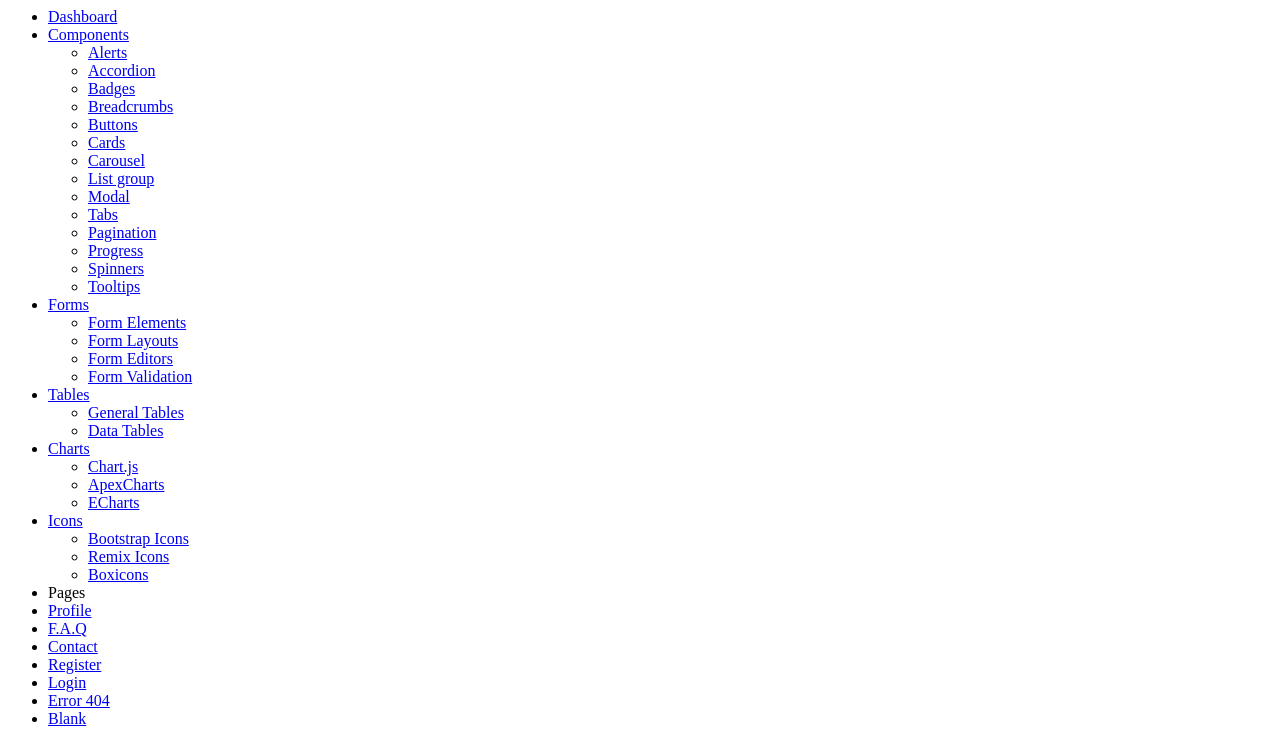
Repository: hatsnake/spring_ever
Page: http://localhost/ever/WEB-INF/views/fragment/sidebar.jsp
An editor plug-in stored every save of this project. The page is shown before and after the next save, followed by the edit.
The browser window is 1280 px wide. The pictures show the whole page.
The page is served by Tomcat 9. Nobody is signed in. The template is opened directly, without the code that normally fills it, so the values that code supplies are empty.

Above is the page before, as saved 2022-01-31 06:07:17.

After the next save:
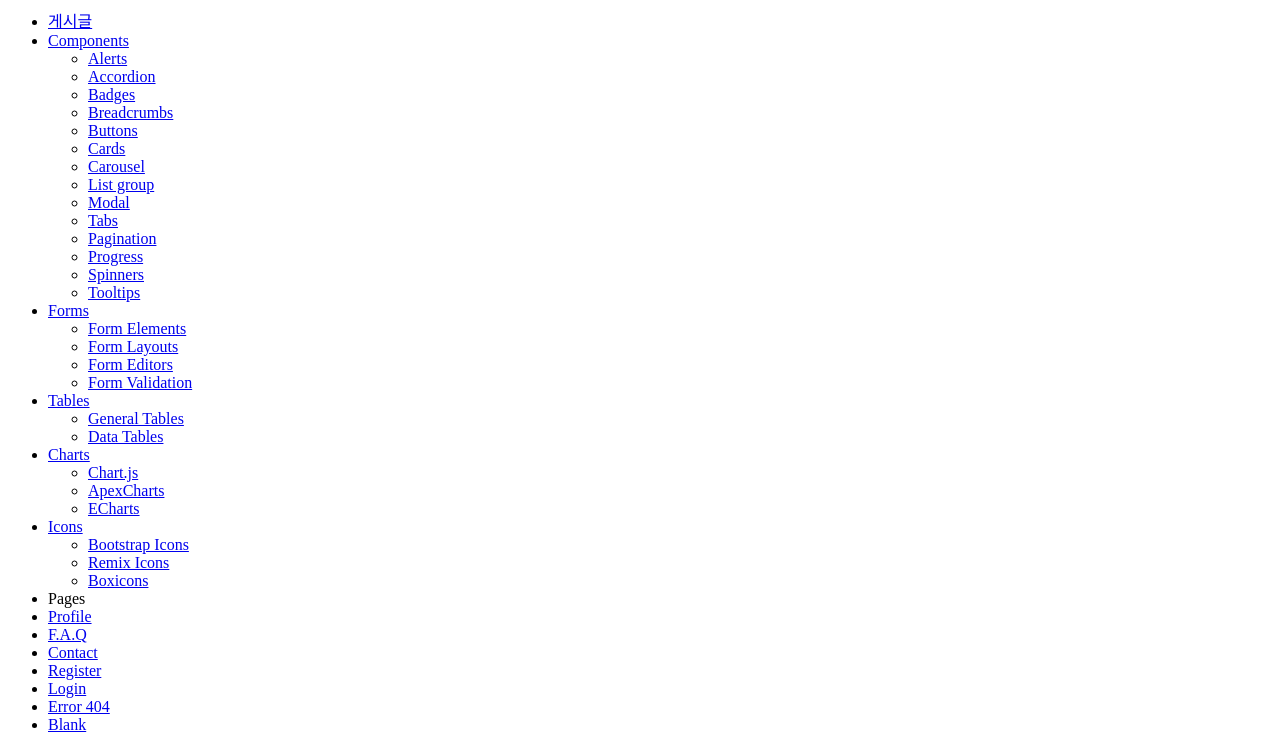
Saved 5 s later.
--- a/ever/src/main/webapp/WEB-INF/views/fragment/sidebar.jsp
+++ b/ever/src/main/webapp/WEB-INF/views/fragment/sidebar.jsp
@@ -9,7 +9,7 @@
     <li class="nav-item">
       <a class="nav-link " href="/article/list">
         <i class="bi bi-grid"></i>
-        <span>Dashboard</span>
+        <span>게시글</span>
       </a>
     </li><!-- End Dashboard Nav -->
 
